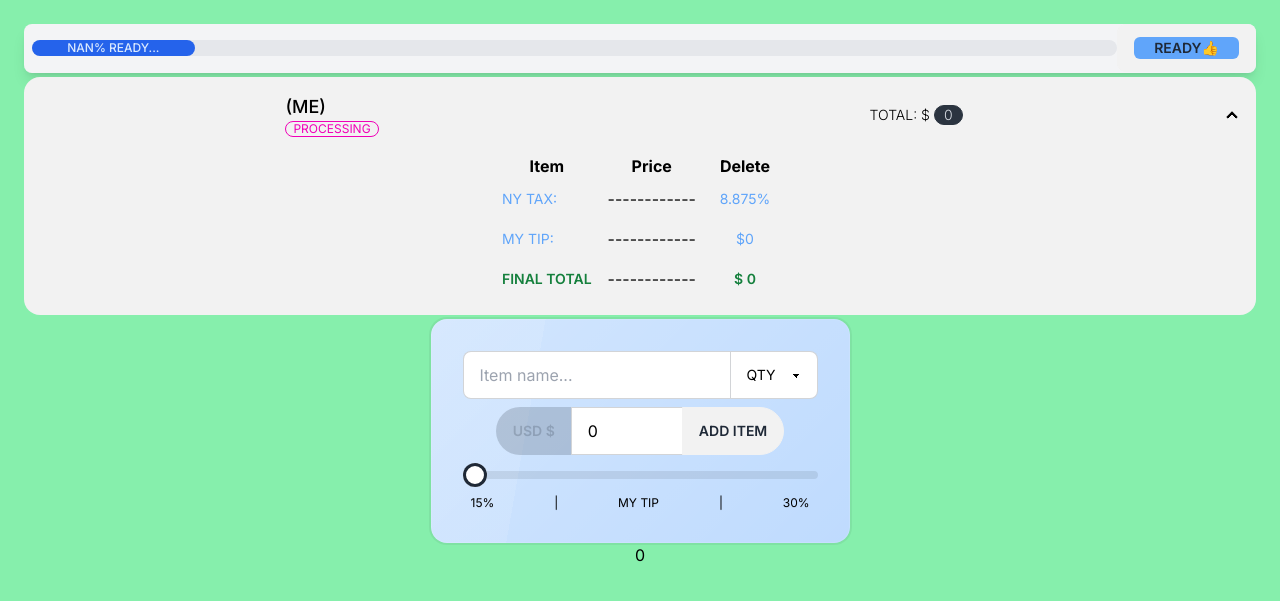
Repository: bitepay/bitepay-xyz
Page: /table
An editor plug-in stored every save of this project. The page is shown before and after the next save, followed by the edit.
The browser window is 1280 px wide. The pictures show the whole page.
The page's requests for data from a server got no answer. The project was rebuilt for these pictures with package versions that can differ from the ones it lists, and the page was loaded fresh each time. The framework's server and built-in components were replaced by stand-ins that run in the browser. No one was signed in, and anything a server would have sent is missing. Also part of the build but not shown: next.config.js.

Above is the page before, as saved 2023-06-28 08:06:00.

### src/pages/_app.js
import '@/styles/globals.css';
import { UserSocketProvider } from '@/context/UserSocketContext';

export default function App({ Component, pageProps }) {
  return (
    <UserSocketProvider>
      <Component {...pageProps} />
    </UserSocketProvider>
  )
}

### src/pages/table.js

// import Image from 'next/image'
import Head from "next/head"
// import Link from "next/link"
import { Inter } from 'next/font/google'

import { useUserSocketContext } from '@/context/UserSocketContext'

import { AddItemInput } from '@/components/AddItemInput'
import { ProgressBar } from '@/components/ProgressBar'
import { UserBill } from '@/components/UserBill'
import { MembersBill } from '@/components/MembersBill'

const inter = Inter({ subsets: ['latin'] })

export default function Table() {

  const { socket, user, tableMembers, setUser } = useUserSocketContext();

  if (user.tableID !== 0) {
    socket.emit('joinTable', user)
  }

  const handleUserDelete = (user, payload) => {
    socket.emit('userDeleteItem', {user, payload})
  };

  const handleUserUpdate = (user, payload) => {
    socket.emit('userUpdate', {user, payload})
  };

  const userUpdateStatus = (user) => {
    if (user.status === 'PROCESSING') {
      socket.emit('userUpdateStatus', { ...user, status: 'READY' })
    } else {
      socket.emit('userUpdateStatus', { ...user, status: 'PROCESSING' })
    }
  }

  return (
    <>
      <Head>
        <title>BitePay - Table</title>
        <meta name="description" content="The fastest and easiest way to divvy up the dining bill between your friends."></meta>
      </Head>

      <main className={`flex min-h-screen flex-col items-center p-6 ${inter.className} bg-green-300`} >

        <ProgressBar user={user} tableMembers={tableMembers} userUpdateStatus={userUpdateStatus} />
        <UserBill user={user} handleUserDelete={handleUserDelete} />
        <AddItemInput user={user} handleUserUpdate={handleUserUpdate} setUser={setUser} />
        <MembersBill tableMembers={tableMembers} userId={user.id}/>

      </main>
    </>
  )
}

### src/context/UserSocketContext.js
'use client';
import React, { createContext, useEffect, useState, useContext } from 'react'
import { io } from 'socket.io-client'


// Create a new context
const UserSocketContext = createContext({});

// Custom context provider component
export const UserSocketProvider = ({ children }) => {

  const [socket, setSocket] = useState(null);

  const [user, setUser] = useState({
    id: '',
    username: '',
    tableID: 0,
    myItems: [],
    tip: 15,
    total: 0,
    status: 'PROCESSING',
  });

  const [tableMembers, setTableMembers] = useState([]);

  // Establish the Socket.IO connection when the component mounts
  useEffect(() => {

    const socket = io('https://bitepay.xyz');
    setSocket(socket);

    socket.on('connect', () => {
      console.log('Successfully connected to the ws server!')
    })

    // set user id to the websocket id
    socket.on('setId', (data) => setUser((prevUser) => {
      prevUser.id = data
      return prevUser;
    }));

    // listen to events from ws server regarding members of the table
    socket.on('tableMembers', (data) => setTableMembers((prevTableMembers) => { return [...data.slice()] }));

    // listen to events from ws server regarding updates to tableMembers
    socket.on('tableMemberUpdate', (data) => {

      if (data.id === user.id) {
        setUser((prevUser) => {
          prevUser.myItems = data.myItems;
          prevUser.tip = data.tip;
          prevUser.total = data.total;
          prevUser.status = data.status;
          return prevUser;
        })
      }

      setTableMembers((prevTableMembers) => {
        return prevTableMembers.map((member) => {
          if (member.id === data.id) {
            member.myItems = data.myItems
            member.tip = data.tip
            member.total = data.total
            member.status = data.status
            return member
          } else {
            return member
          }
        })
      })
    });

    // listen to events from ws server regarding members leaving the table
    socket.on('userLeft', (data) => {
      setTableMembers((prevTableMembers) => {
        return prevTableMembers.filter((member) => {
          return member.id !== data.id
        })
      })
    });

    socket.on('disconnect', () => {
      console.log('Disconnected from the ws server!');
    });

    // Clean up the socket connection when the component unmounts
    return () => {
      socket.off('connect');
      socket.off('setId');
      socket.off('tableMembers');
      socket.off('tableMemberUpdate');
      socket.off('userLeft');
      socket.disconnect();
    };
  }, [user.id]);

  // Provide the socket object to the child components
  return (
    <UserSocketContext.Provider value={{socket, user, setUser, tableMembers, setTableMembers}}>
      {children}
    </UserSocketContext.Provider>
  );
};

// Export the SocketContext
export default UserSocketContext;

// Export a custom hook that can be used to consume this context
export const useUserSocketContext = () => useContext(UserSocketContext);

### src/components/AddItemInput.jsx
import { useState, useEffect } from 'react';

export const AddItemInput = ({ handleUserUpdate, user, setUser }) => {
	const [itemName, setItemName] = useState('');
	const [itemPrice, setItemPrice] = useState(0);
	const [itemQuantity, setItemQuantity] = useState(0);

	const handleClick = (e) => {
			if (itemQuantity === 0) {
					alert("Don't forget to add quantity!");
			}
			else if (itemPrice <= 0) {
					alert("Please don't forget to add your item's price!");
			}
			else if (itemName != "" && itemPrice > 0 && itemQuantity > 0) {
					const itemID = Math.ceil(Math.random()*1000000000);
					const payload = {itemID, itemName, itemPrice, itemQuantity};
					handleUserUpdate(user, payload);
					setItemName('');
					setItemPrice(0);
			} else {
					alert("Please fill out all fields");
			}
	}

	const handleTipChange = (e) => {
		e.preventDefault();
		setUser({...user, tip: parseInt(e.target.value)})
	}

	return (
		<>
			<div className="card glass w-auto bg-blue-200">
				<div className="card-body">
					<div className="join mx-auto">

						<input className="input input-bordered join-item max-w-34" placeholder="Item name..." value={itemName} onChange={(e) => {setItemName(e.target.value)}}/>

						<select className="select select-bordered join-item" value={itemQuantity} onChange={(e) => setItemQuantity(e.target.value)}>
							<option disabled value={0}>QTY</option>
							<option value={1/4}>
									1/4
							</option>
							<option value={1/3}>
									1/3
							</option>
							<option value={1/2}>
									1/2
							</option>
							<option value={1}>
									1
							</option>
							<option value={2}>
									2
							</option>
							<option value={3}>
									3
							</option>
							<option value={4}>
									4
							</option>
						</select>

					</div>
					<div className="mx-auto">
						<div className="join">
							<button className="btn join-item rounded-l-full" disabled="true">USD $</button>
							<input className="input input-bordered join-item w-28" placeholder="Price" type="number" value={itemPrice} onChange={(e) => {setItemPrice(e.target.value)}}/>
							<button className="btn join-item rounded-r-full" disabled={user.status === 'READY'} onClick={(e) => handleClick(e)}>ADD ITEM</button>
						</div>
					</div>
						<input type="range" className="range" min={15} max={30} value={user.tip} step={1} onChange={(e) => handleTipChange(e)} disabled={user.status === 'READY'} />
						<div className="w-full flex justify-between text-xs px-2">
							<span>15%</span>
							<span>|</span>
							<span>MY TIP</span>
							<span>|</span>
							<span>30%</span>
						</div>
				</div>
			</div>
		</>
	)
};

### src/components/ProgressBar.jsx
import { useState, useEffect } from 'react';

export const ProgressBar = ({ tableMembers, user, userUpdateStatus }) => {

  const [progress, setProgress] = useState(0);

  useEffect(() => {
    const completed = tableMembers.filter((member) => member.status === 'READY');
    const progress = Math.round(100 * ((completed.length / tableMembers.length) * 100)) / 100;
    setProgress(progress);

    console.log(`Re-render triggered from tableMember update in ProgressBar. Progress is now ${progress}%`)
  }, [tableMembers])

  const progressBar = (progress) => {
    if (progress === 100) {
      return (
          <div className="w-full bg-gray-200 rounded-full dark:bg-gray-700">
            <div className="bg-green-600 text-xs font-medium text-green-100 text-center p-0.5 leading-none rounded-full" style={{width: `${progress}%`}}> {progress}% COMPLETE! </div>
          </div>
      )
    } else {
      return (
        <div className="w-full bg-gray-200 rounded-full dark:bg-gray-700">
            <div className="bg-blue-600 text-xs font-medium text-blue-100 text-center p-0.5 leading-none rounded-full" style={{width: `${progress < 15 ? 15 : progress}%`}}> {progress}% READY... </div>
          </div>
      )
    }
  }

  const handleChange = () => {
    userUpdateStatus(user)
  }

  const toggleStatusButton = (status) => {
    return (
      <label className="btn swap swap-rotate">

        {/* this hidden checkbox controls the state */}
        <input type="checkbox" onChange={() => handleChange()} checked={user.status === 'READY'}/>

        {/* ready icon */}

        <div class="swap-on bg-red-400 p-1 rounded-md">Make changes</div>
        <div class="swap-off bg-blue-400 p-1 rounded-md">Ready👍</div>

        {/* not ready icon */}


      </label>
    )

  }



  return (

      <div className="w-full flex items-center justify-between mb-.5 mx-auto pl-2 overflow-hidden rounded-lg shadow-lg bg-gray-100 uppercase border-b border-gray-100">
          {progressBar(progress)}
        <div id="final-bill-button">
          {toggleStatusButton(user.status)}
        </div>
      </div>

  )
}

### src/components/UserBill.jsx
export const UserBill = ({ user, handleUserDelete }) => {

  const UserItem = (item) => {
    const { itemID, itemName, itemPrice, itemQuantity } = item

    return (
      <tr key={`user-item-${itemID}`}>
				<td className="px-4">{`${itemName} ${itemQuantity !== '1' ? `x ${Math.round((100 * itemQuantity)) / 100}` : ''}`}</td>
				<td className="px-4">{itemPrice}</td>
				{/* This is where we need to add the delete button for User delete feature */}
				<td className="px-4">
          <button className="btn btn-circle btn-error" onClick={() => handleUserDelete(user, item)} disabled={user.status === 'READY'}>
          <svg xmlns="http://www.w3.org/2000/svg" class="h-6 w-6" fill="none" viewBox="0 0 24 24" stroke="currentColor"><path stroke-linecap="round" stroke-linejoin="round" stroke-width="2" d="M6 18L18 6M6 6l12 12" /></svg>
          </button>
        </td>
			</tr>
    )
  }

  return (
    <div className="collapse collapse-arrow bg-base-200 m-1">
      <input type="radio" name="my-accordion-2" defaultChecked="true"/>
      <div className="collapse-title">
        {/* This is where we need to render name, status, and total */}
        <div className="flex justify-around">
          <div className="flex flex-col">
            <div className="text-lg font-medium">
              {user.username} (ME)
            </div>
            <div className={`badge badge-sm text-xs ${user.status === 'READY' ? 'badge-accent' : 'badge-secondary badge-outline'}`}>
              {user.status === 'READY' ? 'READY' : 'PROCESSING'}
            </div>
          </div>
          <div className="text-sm font-light my-auto">
            TOTAL{': $ '}
            <div className={`badge ${user.status === 'READY' ? 'badge-primary' : 'badge-neutral'}`}>
              {Math.round(100 * ((((1+(user.tip / 100))) * user.total) + (user.total * .08875))) / 100}
            </div>
          </div>

        </div>
      </div>
      <div className="collapse-content">
        {/* This is where I need to map through user items */}
        <table className="table-auto mx-auto text-center">
          <thead>
            <tr>
              <th className="px-4">Item</th>
              <th className="px-4">Price</th>
              <th className="px-4">Delete</th>
            </tr>
          </thead>
          <tbody>
            {user.myItems.map((item) => UserItem(item))}
            <tr>
              <td className="p-2 whitespace-nowrap">
                <div className="text-left text-sm text-blue-400">NY TAX:</div>
              </td>
              <td className="p-2 whitespace-nowrap">
                <div className="text-center">------------</div>
              </td>
              <td className="p-2 whitespace-nowrap">
                <div className="text-sm text-center  text-blue-400">8.875%</div>
              </td>
            </tr>
            <tr>
              <td className="p-2 whitespace-nowrap">
                <div className="text-left text-sm text-blue-400">MY TIP:</div>
              </td>
              <td className="p-2 whitespace-nowrap">
                <div className="text-center">------------</div>
              </td>
              <td className="p-2 whitespace-nowrap">
                <div className="text-sm text-center  text-blue-400">${Math.round(100 * ((1 + (user.tip / 100)) * user.total )) / 100}</div>
              </td>
            </tr>
            <tr>
              <td className="p-2 whitespace-nowrap">
                <div className="text-left text-sm text-green-700 font-semibold">FINAL TOTAL</div>
              </td>
              <td className="p-2 whitespace-nowrap">
                <div className="text-center">------------</div>
              </td>
              <td className="p-2 whitespace-nowrap">
                <div className="text-sm text-center  text-green-700 font-semibold">$ {
                Math.round(100 * ((((1+(user.tip / 100))) * user.total) + (user.total * .08875))) / 100
                }</div>
              </td>
            </tr>
          </tbody>
        </table>
      </div>
    </div>
  )
}

### src/components/MembersBill.jsx
export const MembersBill = ({ tableMembers, userId }) => {

  const MemberItem = (item) => {
    const { itemID, itemName, itemPrice, itemQuantity } = item

    return (
      <tr key={`member-item-${itemID}`}>
        <td className="px-5">{itemName}</td>
        <td className="px-5">{itemQuantity}</td>
        <td className="px-5">{itemPrice}</td>
        <td className="px-5">{' '}</td>
      </tr>
    )
  }

  return (
    <>
      {tableMembers.length && tableMembers.map((member) => {
        if (member.id !== userId) {
          return (
            <div key={`${member.id}-list-items`} className="collapse collapse-arrow bg-base-200 m-1">
              <input type="radio" name="my-accordion-2"/>
              <div className="collapse-title text-xl font-medium">
                {/* This is where we need to render name, status, and total */}
                {member.username}
              </div>
              <div className="collapse-content">
              <table className="table-auto mx-auto">
                <thead>
                  <tr>
                    <th className="px-5">Item</th>
                    <th className="px-5">Quantity</th>
                    <th className="px-5">Price</th>
                    <th className="px-5"></th>
                  </tr>
                </thead>
                <tbody>
                  {member.myItems?.length ? member.myItems.map((item) => MemberItem(item)) : <tr key="user-no-items"><td>No items yet</td></tr>}
                </tbody>
                </table>
              </div>
            </div>
          )
        }
      })}
    </>
  )
};

### tailwind.config.js
/** @type {import('tailwindcss').Config} */
module.exports = {
  content: [
    './src/pages/**/*.{js,ts,jsx,tsx,mdx}',
    './src/components/**/*.{js,ts,jsx,tsx,mdx}',
    './src/app/**/*.{js,ts,jsx,tsx,mdx}',
  ],
  theme: {
    extend: {
      backgroundImage: {
        'gradient-radial': 'radial-gradient(var(--tw-gradient-stops))',
        'gradient-conic':
          'conic-gradient(from 180deg at 50% 50%, var(--tw-gradient-stops))',
      },
    },
  },
  daisyui: {
    themes: [
      "light",
      "dark"
    ],
  },
  plugins: [require("daisyui")],
}

Loaded but not shown: src/pages/_document.js (common file); src/styles/globals.css (common file)

After the next save:
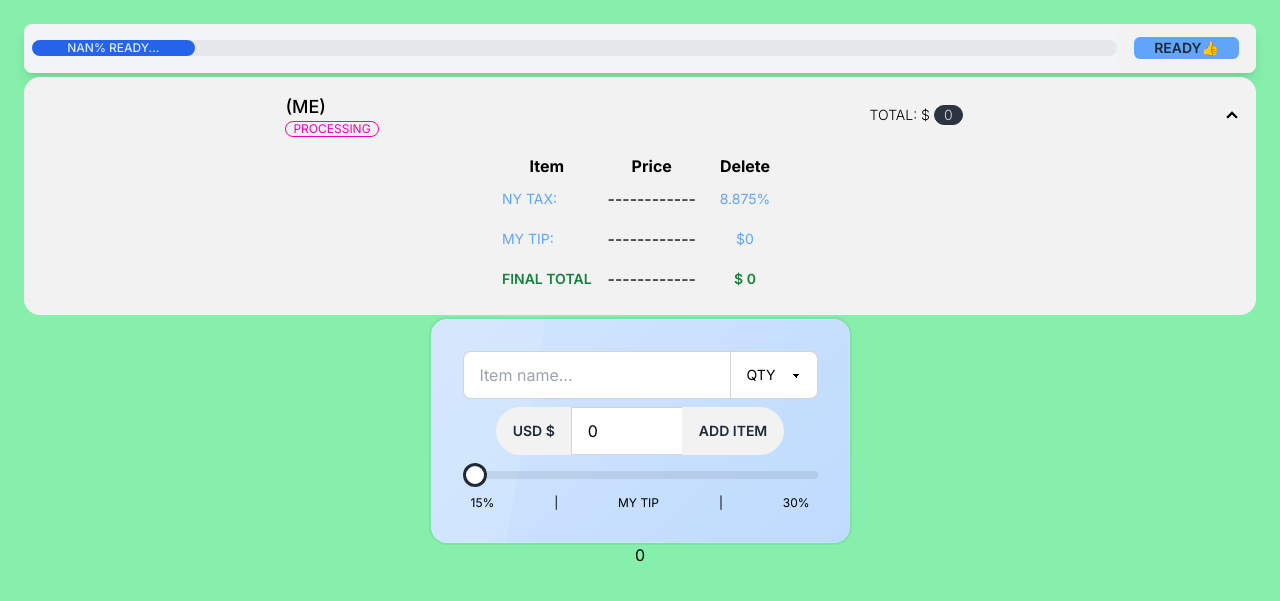
Saved 2 min 50 s later.
--- a/src/components/AddItemInput.jsx
+++ b/src/components/AddItemInput.jsx
@@ -64,7 +64,7 @@ export const AddItemInput = ({ handleUserUpdate, user, setUser }) => {
 					</div>
 					<div className="mx-auto">
 						<div className="join">
-							<button className="btn join-item rounded-l-full" disabled="true">USD $</button>
+							<button className="btn join-item rounded-l-full">USD $</button>
 							<input className="input input-bordered join-item w-28" placeholder="Price" type="number" value={itemPrice} onChange={(e) => {setItemPrice(e.target.value)}}/>
 							<button className="btn join-item rounded-r-full" disabled={user.status === 'READY'} onClick={(e) => handleClick(e)}>ADD ITEM</button>
 						</div>
